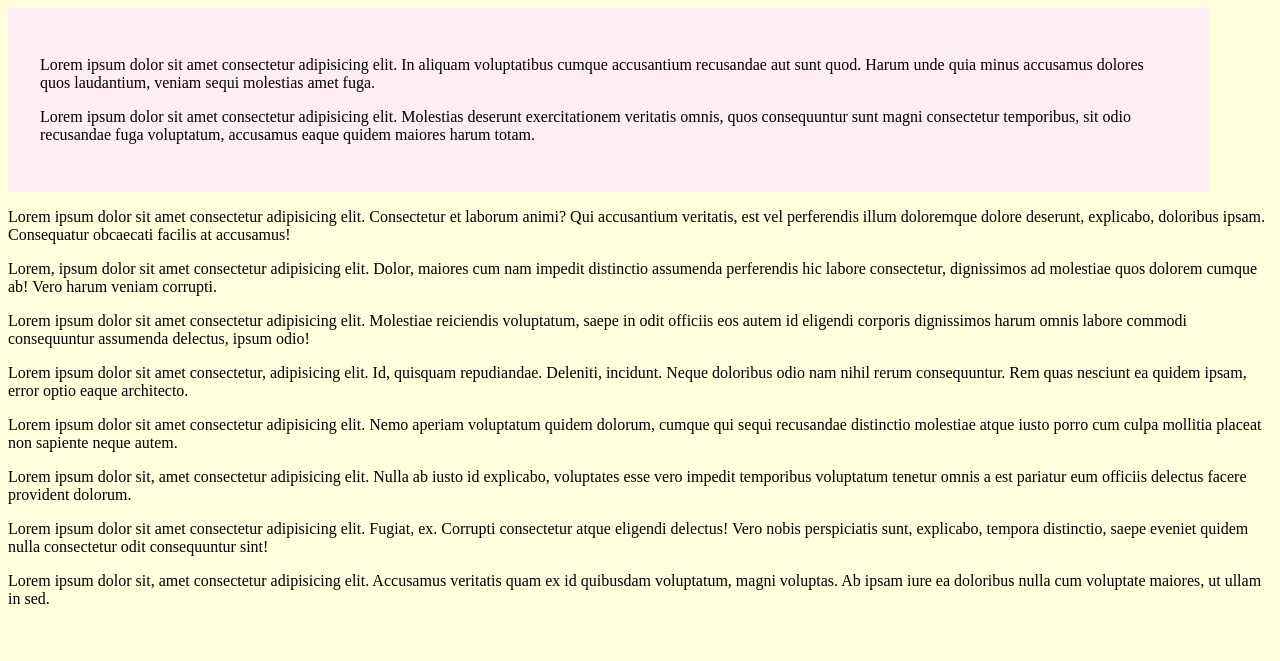
Repository: HTML-a-CSS-2/projekt-portfolio-Angelina555555
Page: .github/index.html
The author's editor kept a copy of each file at every save. The page is drawn from the files as they stood at one save, then again after the next save.
The browser window is 1280 px wide. The pictures show the whole page.

Above is the page before, as saved 2022-05-07 22:05:48.

After the next save:
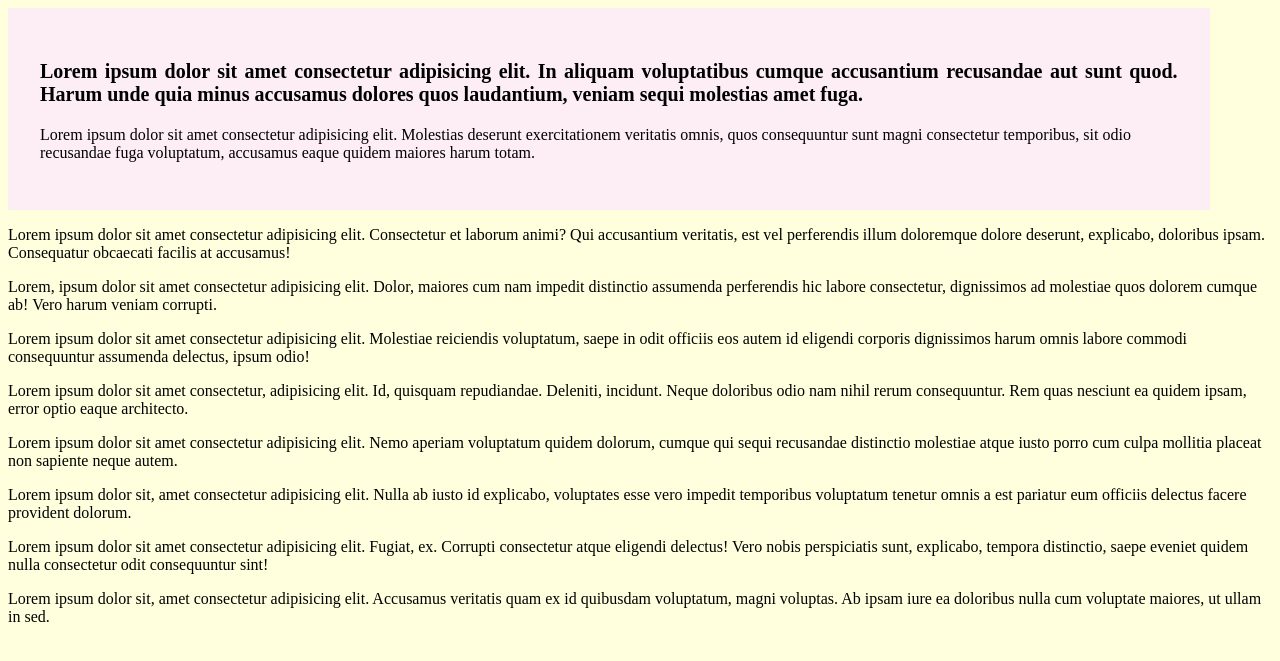
Saved 7 s later.
--- a/.github/default.css
+++ b/.github/default.css
@@ -8,7 +8,7 @@ body {
   padding: 2rem;
 }
 
-.blok__element-jedna {
+.menu__element-jedna {
   font-size: 20px;
   font-weight: 800;
   text-align: justify;
